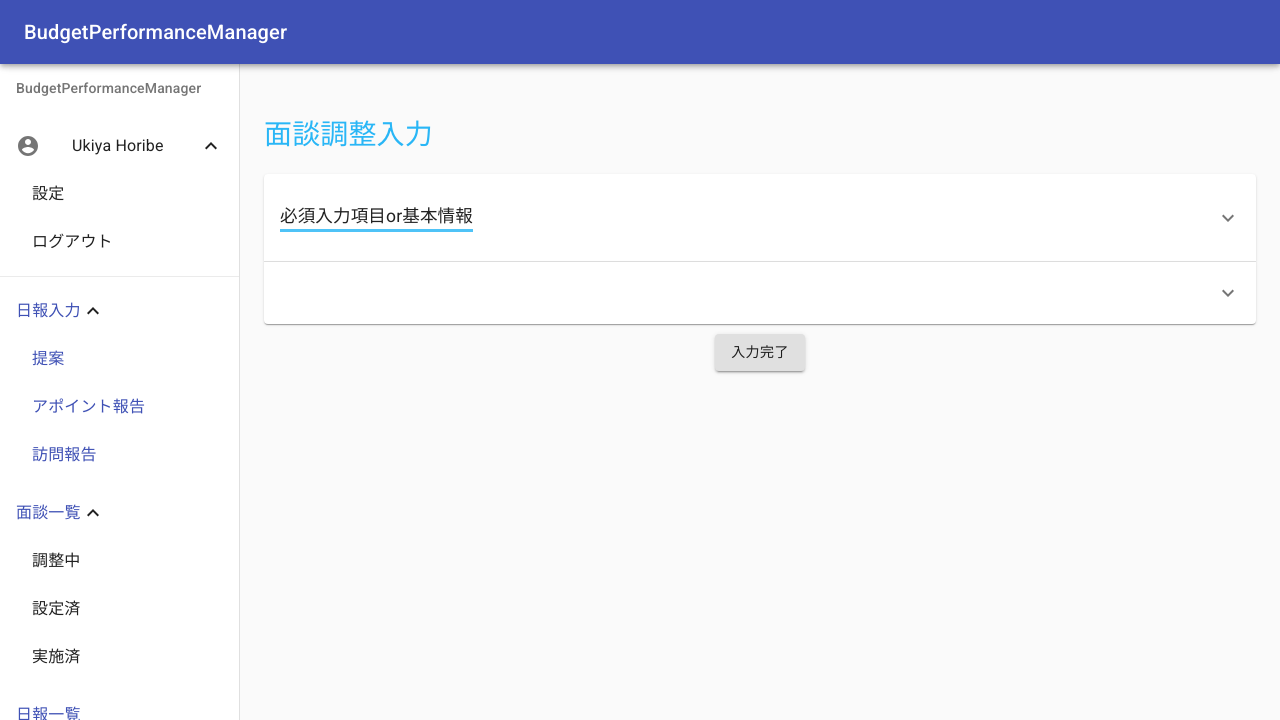
Repository: ukiyah/test
Page: /form_arrange_interview (app in src/)
An editor plug-in stored every save of this project. The page is shown before and after the next save, followed by the edit.
The browser window is 1280 px wide. The pictures show the whole page.
The project was rebuilt for these pictures with package versions that can differ from the ones it lists, and the page was loaded fresh each time. Also part of the build but not shown: src/Button.js, src/proposal/Table.js, src/proposal/list_proposal.js, src/Title.js, src/Chart.js, src/Deposits.js, src/Orders.js, src/Dashboard.js and 18 more. Imported but missing from the stored project, and not drawn on this page: src/appointment/visit/form_visit.

Above is the page before, as saved 2020-02-27 12:01:07.

### src/index.css
body {
  margin: 0;
  font-family: -apple-system, BlinkMacSystemFont, 'Segoe UI', 'Roboto', 'Oxygen',
    'Ubuntu', 'Cantarell', 'Fira Sans', 'Droid Sans', 'Helvetica Neue',
    sans-serif;
  -webkit-font-smoothing: antialiased;
  -moz-osx-font-smoothing: grayscale;
}

code {
  font-family: source-code-pro, Menlo, Monaco, Consolas, 'Courier New',
    monospace;
}

.button {
  color: #000;
}

h1 {
  text-align: center;
  color:#29B6F6;
  font-weight: normal;
}

### src/App.js
import React from 'react';
import 'typeface-roboto';
import {
  BrowserRouter,
  Route
} from "react-router-dom";
import list_proposal from "./proposal/list_proposal";
import Dashboard from "./Dashboard";
import list_interview from "./interview/list_interview";
import list_closing from "./closing/list_closing";
import list_appointment from "./appointment/list_appointment";
import list_daily_report from "./daily_report/list_daily_report";
import form_daily_report from "./daily_report/form_daily_report";
import form_proposal from "./proposal/form_proposal";
import form_appointment from "./appointment/appointment/form_appointment.jsx";
import form_visit from "./appointment/visit/form_visit";
import form_arrange_interview from "./interview/arrange/form_arrange_interview";
import form_confirm_interview from "./interview/confirm/form_confirm_interview";
import form_complete_interview from "./interview/complete/form_complete_interview";
class App extends React.Component{

  render() {
    return (
      <div>

        <BrowserRouter>
          <div>
            <Route exact path="/" component={Dashboard} />
            <Route path="/list_proposal" component={list_proposal} />
            <Route path="/list_interview" component={list_interview} />
            <Route path="/list_closing" component={list_closing} />
            <Route path="/list_appointment" component={list_appointment} />
            <Route path="/list_daily_report" component={list_daily_report} />
            <Route path="/form_daily_report" component={form_daily_report} />
            <Route path="/form_proposal" component={form_proposal} />
            <Route path="/form_appointment" component={form_appointment} />
            <Route path="/form_visit" component={form_visit} />
            <Route path="/form_arrange_interview" component={form_arrange_interview} />
            <Route path="/form_confirm_interview" component={form_confirm_interview} />
            <Route path="/form_complete_interview" component={form_complete_interview} />
         </div>
        </BrowserRouter>
        {/* <ClippedDrawer /> */}
      </div>
    );
  }

}

export default App;

### src/interview/arrange/form_arrange_interview.jsx
import React from 'react';
import clsx from 'clsx';
import { makeStyles } from '@material-ui/core/styles';
import CssBaseline from '@material-ui/core/CssBaseline';


import Container from '@material-ui/core/Container';
import Grid from '@material-ui/core/Grid';
import Drawer from "../../Drawer";
import ExpansionPanel from "./ExpansionPanel.jsx";
import Button from "@material-ui/core/Button";

const useStyles = makeStyles(theme => ({
  root: {
    display: 'flex',
  },

  appBarSpacer: theme.mixins.toolbar,
  content: {
    flexGrow: 1,
    height: '100vh',
    overflow: 'auto',
  },
  container: {
    paddingTop: theme.spacing(4),
    paddingBottom: theme.spacing(4),
  },

  fixedHeight: {
    height: 520,
  },
}));

export default function Dashboard() {
  const classes = useStyles();
  return (
    <div className={classes.root}>
      <CssBaseline />
      <Drawer />
      <main className={classes.content}>
        <div className={classes.appBarSpacer} />
        <Container maxWidth="lg" className={classes.container}>
          <Grid container spacing={3}>

            <Grid item xs={12} >
              <span style={{display:"flex"}}>
                <h1>面談調整入力</h1>
              </span>
                <ExpansionPanel />
              <div style={{marginTop: 10, textAlign: "center"}}>
                <Button variant="contained" >入力完了</Button>
              </div>

            </Grid>

          </Grid>

        </Container>
      </main>
    </div>
  );
}

### src/Drawer.js
import React from 'react';
import { makeStyles } from '@material-ui/core/styles';
import Drawer from '@material-ui/core/Drawer';
import AppBar from '@material-ui/core/AppBar';
import CssBaseline from '@material-ui/core/CssBaseline';
import Toolbar from '@material-ui/core/Toolbar';
import Typography from '@material-ui/core/Typography';
import SimpleTable from "./proposal/Table";
import NestedList from "./NestedList";
const drawerWidth = 240;

const useStyles = makeStyles(theme => ({
  root: {
    display: 'flex',
  },
  appBar: {
    zIndex: theme.zIndex.drawer + 1,
  },
  drawer: {
    width: drawerWidth,
    flexShrink: 0,
  },
  drawerPaper: {
    width: drawerWidth,
  },
  content: {
    flexGrow: 1,
    padding: theme.spacing(3),
  },
  toolbar: theme.mixins.toolbar,
}));

export default function ClippedDrawer() {
  const classes = useStyles();

  return (
    <div className={classes.root}>
      <CssBaseline />
      <AppBar position="fixed" className={classes.appBar}>
        <Toolbar>
          <Typography variant="h6" noWrap>
            BudgetPerformanceManager
          </Typography>
        </Toolbar>
      </AppBar>
      <Drawer
        className={classes.drawer}
        variant="permanent"
        classes={{
          paper: classes.drawerPaper,
        }}
      >
        <div className={classes.toolbar} />
        <NestedList />
      </Drawer>

    </div>
  );
}

### src/interview/arrange/ExpansionPanel.jsx
import React from 'react';
import { makeStyles } from '@material-ui/core/styles';
import ExpansionPanel from '@material-ui/core/ExpansionPanel';
import ExpansionPanelSummary from '@material-ui/core/ExpansionPanelSummary';
import ExpansionPanelDetails from '@material-ui/core/ExpansionPanelDetails';
import Typography from '@material-ui/core/Typography';
import ExpandMoreIcon from '@material-ui/icons/ExpandMore';
import SelectBox from "../../SelectBox.jsx";
import TextField from "../../TextField";
import Button from "@material-ui/core/Button";
import Switch from "../../Switch";
import MultiLineTextField from "../../MultiLineTextField";
import RadioButton from "../../RadioButton";
import ContainedButtons from "../../Button";
const useStyles = makeStyles(theme => ({
  root: {
    width: '100%',
  },
  heading: {
    fontSize: theme.typography.pxToRem(15),
    fontWeight: theme.typography.fontWeightRegular,
  },
  list: {
    marginBottom: 5,
  }
}));

export default function SimpleExpansionPanel() {
  const classes = useStyles();

  return (
    <div className={classes.root}>
      <ExpansionPanel>
        <ExpansionPanelSummary
          expandIcon={<ExpandMoreIcon />}
          aria-controls="panel1a-content"
          id="panel1a-header"
        >
          <Typography className={classes.heading}><h3 style={{ fontWeight: "normal", borderBottom: "solid 3px #4FC3F7" }}>
            必須入力項目or基本情報
            </h3>
          </Typography>
        </ExpansionPanelSummary>
        <ExpansionPanelDetails>
          <Typography >
            <h4 style={{fontWeight:"normal",borderBottom: "solid 1px #4FC3F7"}}>
              企業情報の入力<Button disabled style={{color:"red"}}>必須</Button>
            </h4>
            {/* <div style={{ display: "flex" }}> */}
              <TextField label="上位企業" />
              <TextField label="下位企業" />
            {/* </div> */}
            <br></br>
            <h4 style={{fontWeight:"normal",borderBottom: "solid 1px #4FC3F7"}}>
              コラボ情報の入力<Button disabled style={{color:"red"}}>必須</Button>
            </h4>
            <br></br>
            <Switch label="コラボ有無" />
            <br></br>
            <SelectBox value="上位・下位" item1="上位" item2="下位" />
            <TextField label="コラボ担当" />
            <h4 style={{fontWeight:"normal",borderBottom: "solid 1px #4FC3F7"}}>
              備考
            </h4>
            <MultiLineTextField />
          </Typography>
        </ExpansionPanelDetails>
      </ExpansionPanel>
      <ExpansionPanel>
        <ExpansionPanelSummary
          expandIcon={<ExpandMoreIcon />}
          aria-controls="panel1a-content"
          id="panel1a-header"
        >
          <Typography className={classes.heading}><h3 style={{ fontWeight: "normal", borderBottom: "solid 3px #4FC3F7" }}></h3></Typography>
        </ExpansionPanelSummary>
        <ExpansionPanelDetails>
          <Typography >
            <h4 style={{fontWeight:"normal",borderBottom: "solid 1px #4FC3F7"}}>
              企業情報の入力<Button disabled style={{color:"red"}}>必須</Button>
            </h4>
            {/* <div style={{ display: "flex" }}> */}
              <TextField label="上位企業" />
              <TextField label="下位企業" />
            {/* </div> */}
            <br></br>
            <h4 style={{fontWeight:"normal",borderBottom: "solid 1px #4FC3F7"}}>
              コラボ情報の入力<Button disabled style={{color:"red"}}>必須</Button>
            </h4>
            <br></br>
            <Switch label="コラボ有無" />
            <br></br>
            <SelectBox value="上位・下位" item1="上位" item2="下位" />
            <TextField label="コラボ担当" />
            <h4 style={{fontWeight:"normal",borderBottom: "solid 1px #4FC3F7"}}>
              備考
            </h4>
            <MultiLineTextField />
          </Typography>
        </ExpansionPanelDetails>
      </ExpansionPanel>


    </div>
  );
}

### src/NestedList.js
import React from 'react';
import { makeStyles } from '@material-ui/core/styles';
import ListSubheader from '@material-ui/core/ListSubheader';
import List from '@material-ui/core/List';
import ListItem from '@material-ui/core/ListItem';
import ListItemIcon from '@material-ui/core/ListItemIcon';
import ListItemText from '@material-ui/core/ListItemText';
import Collapse from '@material-ui/core/Collapse';
import InboxIcon from '@material-ui/icons/MoveToInbox';
import DraftsIcon from '@material-ui/icons/Drafts';
import SendIcon from '@material-ui/icons/Send';
import ExpandLess from '@material-ui/icons/ExpandLess';
import ExpandMore from '@material-ui/icons/ExpandMore';
import StarBorder from '@material-ui/icons/StarBorder';
import AccountCircle from '@material-ui/icons/AccountCircle';
import Divider from '@material-ui/core/Divider';
import Link from '@material-ui/core/Link';
const useStyles = makeStyles(theme => ({
  root: {
    width: '100%',
    maxWidth: 360,
    backgroundColor: theme.palette.background.paper,
  },
  nested: {
    paddingLeft: theme.spacing(4),
  },
}));

export default function NestedList() {
  const classes = useStyles();
  const [open1, setOpen1] = React.useState(true);
  const [open2, setOpen2] = React.useState(true);
  const [open3, setOpen3] = React.useState(true);
  const [open4, setOpen4] = React.useState(true);

  const handleClick1 = () => {
    setOpen1(!open1);
  };
  const handleClick2 = () => {
    setOpen2(!open2);
  };
  const handleClick3 = () => {
    setOpen3(!open3);
  };
  const handleClick4 = () => {
    setOpen4(!open4);
  };
  return (
    <List
      component="nav"
      aria-labelledby="nested-list-subheader"
      subheader={
        <ListSubheader component="div" id="nested-list-subheader">
          BudgetPerformanceManager
        </ListSubheader>
      }
      className={classes.root}
    >
      <div style={{ marginTop: 10, marginBottom: 10 }}>
        <ListItem button onClick={handleClick1}>
          <ListItemIcon>
            <AccountCircle />
          </ListItemIcon>
          <ListItemText primary="Ukiya Horibe" />
          {open1 ? <ExpandLess /> : <ExpandMore />}
        </ListItem>
        <Collapse in={open1} timeout="auto" unmountOnExit>
          <List component="div" disablePadding>
            <ListItem button className={classes.nested}>
              {/* <ListItemIcon>
              <StarBorder />
            </ListItemIcon> */}
              <ListItemText primary="設定" />
            </ListItem>
            <ListItem button className={classes.nested}>
              <ListItemText primary="ログアウト" />
            </ListItem>
          </List>
        </Collapse>
      </div>
      <Divider light />
      <div style={{ marginTop: 10 }}>
        <ListItem button onClick={handleClick2}>
          <Link href="form_daily_report" >
            <ListItemText primary="日報入力" />
          </Link>
          {open2 ? <ExpandLess /> : <ExpandMore />}
        </ListItem>
        <Collapse in={open2} timeout="auto" unmountOnExit>
          <List component="div" disablePadding>
            <ListItem button className={classes.nested}>
              <Link href="form_proposal" >
                <ListItemText primary="提案" />
              </Link>
            </ListItem>
            <ListItem button className={classes.nested}>
              <Link href="form_appointment" >
                <ListItemText primary="アポイント報告" />
              </Link>
            </ListItem>
            <ListItem button className={classes.nested}>
              <Link href="form_visit">
                <ListItemText primary="訪問報告" />
              </Link>
            </ListItem>
          </List>
        </Collapse>
      </div>
      <div style={{ marginTop: 10 }}>
        <ListItem button onClick={handleClick3}>
          <Link href="list_interview" >
            <ListItemText primary="面談一覧" />
          </Link>

          {open3 ? <ExpandLess /> : <ExpandMore />}
        </ListItem>
        <Collapse in={open3} timeout="auto" unmountOnExit>
          <List component="div" disablePadding>
            <ListItem button className={classes.nested}>
              <ListItemText primary="調整中" />
            </ListItem>
            <ListItem button className={classes.nested}>
              <ListItemText primary="設定済" />
            </ListItem>
            <ListItem button className={classes.nested}>
              <ListItemText primary="実施済" />
            </ListItem>
          </List>
        </Collapse>
      </div>
      <div style={{ marginTop: 10 }}>
        <ListItem button>
          <Link href="/list_daily_report" >
            <ListItemText primary="日報一覧" />
          </Link>
        </ListItem>
      </div>
      <div style={{ marginTop: 10 }}>
        <ListItem button onClick={handleClick4}>
          <ListItemText primary="その他の一覧" />

          {open4 ? <ExpandLess /> : <ExpandMore />}
        </ListItem>
        <Collapse in={open4} timeout="auto" unmountOnExit>
          <List component="div" disablePadding>
            <ListItem button className={classes.nested}>
              <Link href="/list_proposal" >
                <ListItemText primary="提案" />
              </Link>

            </ListItem>
            <ListItem button className={classes.nested}>
              <Link href="/list_closing" >
                <ListItemText primary="成約" />
              </Link>
            </ListItem>
            <ListItem button className={classes.nested}>
              <Link href="/list_appointment" >
                <ListItemText primary="架電報告" />
              </Link>
            </ListItem>
          </List>
        </Collapse>
      </div>
    </List>
  );
}

### src/SelectBox.jsx
import React from 'react';
import { makeStyles } from '@material-ui/core/styles';
import InputLabel from '@material-ui/core/InputLabel';
import FormControl from '@material-ui/core/FormControl';
import Select from '@material-ui/core/Select';

const useStyles = makeStyles(theme => ({
  formControl: {
    margin: theme.spacing(1),
    minWidth: 120,
  },
  selectEmpty: {
    marginTop: theme.spacing(2),
  },
}));

export default function NativeSelects(props) {
  const classes = useStyles();
  const [state, setState] = React.useState({
    age: '',
    name: 'hai',
  });



  const handleChange = name => event => {
    setState({
      ...state,
      [name]: event.target.value,
    });
  };

  return (
    <div>

      <FormControl className={classes.formControl}>
        <InputLabel htmlFor="age-native-simple">{props.value}</InputLabel>
        <Select
          native
          value={state.age}
          onChange={handleChange('age')}
          inputProps={{
            name: 'age',
            id: 'age-native-simple',
          }}
        >
          <option value="" />
          <option value={10}>{props.item1}</option>
          <option value={20}>{props.item2}</option>
          <option value={30}>{props.item3}</option>
        </Select>
      </FormControl>




    </div>
  );
}

### src/TextField.jsx
import React from 'react';
import { makeStyles } from '@material-ui/core/styles';
import TextField from '@material-ui/core/TextField';

const useStyles = makeStyles(theme => ({
  root: {
    '& > *': {
      margin: theme.spacing(1),
      width: 200,
    },
  },
}));

export default function BasicTextFields(props) {
  const classes = useStyles();

  return (
    <form className={classes.root} noValidate autoComplete="off">
      <TextField id="standard-basic" label={props.label} />
    </form>
  );
}

### src/Switch.jsx
import React from 'react';
import FormGroup from '@material-ui/core/FormGroup';
import FormControlLabel from '@material-ui/core/FormControlLabel';
import Switch from '@material-ui/core/Switch';
export default function SwitchLabels(props) {

  const [state, setState] = React.useState({
    checkedB: true,
  });

  const handleChange = name => event => {
    setState({ ...state, [name]: event.target.checked });
  };
  return (
    <FormGroup row>

      <FormControlLabel
        control={
          <Switch
            checked={state.checkedB}
            onChange={handleChange('checkedB')}
            value="checkedB"
            color="primary"
          />
        }
        label={props.label}
      />
    </FormGroup>
  );
}

### src/MultiLineTextField.jsx
import React from 'react';
import { makeStyles } from '@material-ui/core/styles';
import TextField from '@material-ui/core/TextField';

const useStyles = makeStyles(theme => ({
  root: {
    '& .MuiTextField-root': {
      margin: theme.spacing(1),
      width: 600,
    },
  },
}));

export default function MultilineTextFields(props) {
  const classes = useStyles();
  const [value, setValue] = React.useState('Controlled');

  const handleChange = event => {
    setValue(event.target.value);
  };

  return (
    <form className={classes.root} noValidate autoComplete="off">
        <TextField
          id="outlined-multiline-static"
          label={props.label}
          multiline
          rows="4"
          variant="outlined"
        />
    </form>
  );
}

Loaded but not shown: src/index.js (common file); src/serviceWorker.js (common file); src/appointment/appointment/form_appointment.jsx (no stored copy; drawn as an empty file)

After the next save:
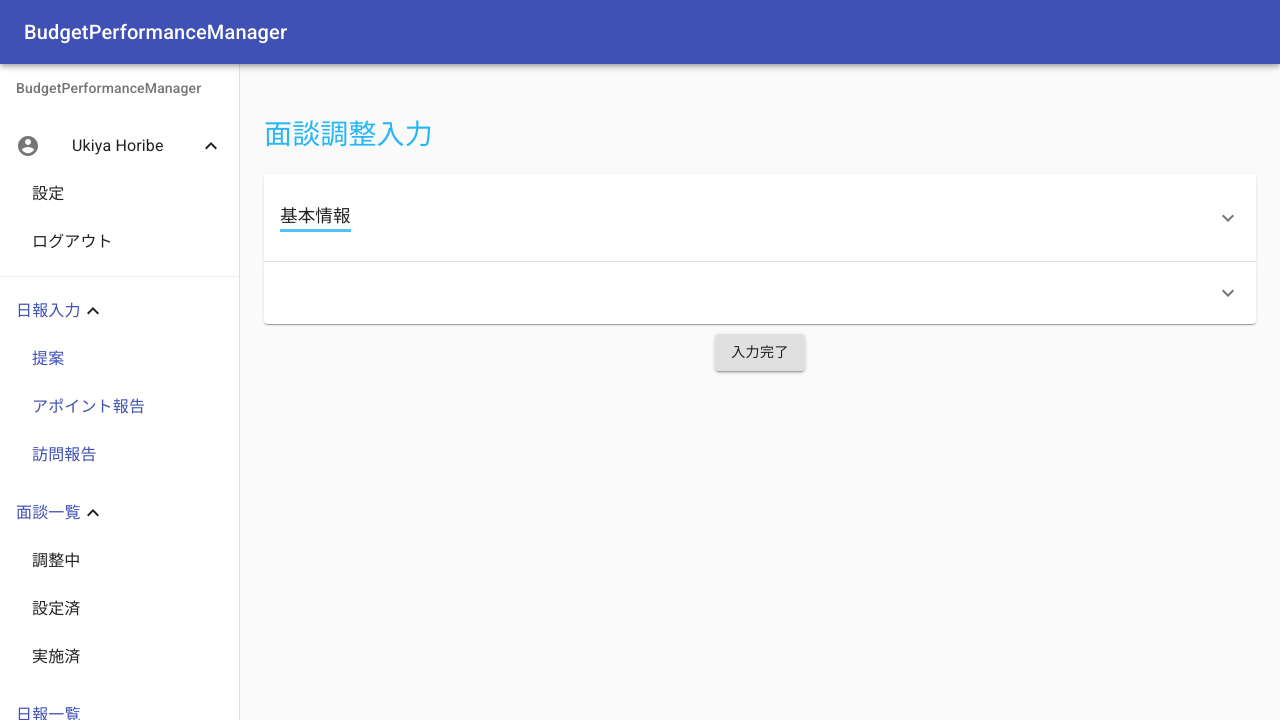
Saved 9 s later.
--- a/src/interview/arrange/ExpansionPanel.jsx
+++ b/src/interview/arrange/ExpansionPanel.jsx
@@ -37,7 +37,7 @@ export default function SimpleExpansionPanel() {
           id="panel1a-header"
         >
           <Typography className={classes.heading}><h3 style={{ fontWeight: "normal", borderBottom: "solid 3px #4FC3F7" }}>
-            必須入力項目or基本情報
+            基本情報
             </h3>
           </Typography>
         </ExpansionPanelSummary>
